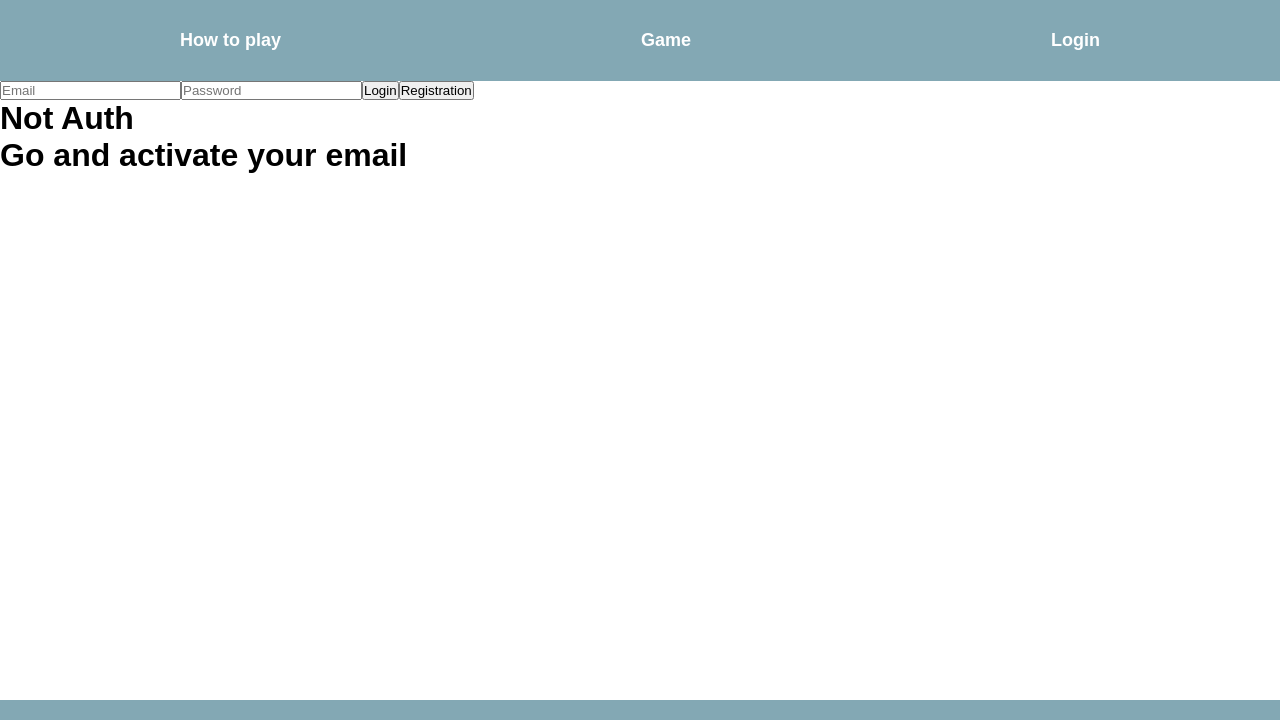
Repository: nika-otter/2048
Page: /login (app in client/)
These files come from the project's save history. The page is drawn as it stood at one moment and after the next save; the edit follows.
The browser window is 1280 px wide. The pictures show the whole page.
The project was rebuilt for these pictures with package versions that can differ from the ones it lists, and the page was loaded fresh each time. Also part of the build but not shown: client/src/pages/account/index.jsx, client/src/components/GamePage/GamePage.module.scss, client/src/components/ScoreTable/ScoreTable.module.scss, client/src/components/ScoreTable/ScoreTable.jsx, client/src/components/Game/Tile.jsx, client/src/components/Game/Cell.jsx, client/src/helper/index.js, client/src/hooks/useEvent.jsx and 9 more.

Above is the page before, as saved 2023-04-30 17:33:34.

### client/src/index.js
import React from "react";
import ReactDOM from "react-dom/client";
import "./index.css";
import App from "./App";
import { BrowserRouter } from "react-router-dom";
import Store from "./store/store";

const store = new Store();

export const Context = React.createContext({
  store,
});

const root = ReactDOM.createRoot(document.getElementById("root"));
root.render(
  <Context.Provider value={{ store }}>
    <BrowserRouter>
      <App />
    </BrowserRouter>
  </Context.Provider>
);

### client/src/index.css
* {
  box-sizing: border-box;
  margin: 0;
  padding: 0;
}
#root {
  width: 100vw;
  height: 100%;
}

body {
  /* background-color: #ffffff;
  display: flex;
  justify-content: center;
  align-items: center;*/
  /* height: 100vh; */
  height: 100%;
}
html {
  height: 100%;
}
code {
  font-family: source-code-pro, Menlo, Monaco, Consolas, "Courier New",
    monospace;
}

### client/src/App.js
import { useContext, useEffect, useState } from "react";
import "./App.css";
import LoginForm from "./components/Login/LoginForm";
import AppRouter from "./router/AppRouter";
import { Context } from "./index";
import { observer } from "mobx-react-lite";
import UserService from "./services/UserService";
function App() {
  // const { store } = useContext(Context);
  // const [users, setUsers] = useState([]);
  // useEffect(() => {
  //   if (localStorage.getItem("token")) {
  //     // console.log(localStorage.getItem("token"));
  //     store.checkAuth();
  //   }
  // }, []);

  // if (store.isLoading) {
  //   return <div>Loading...</div>;
  // }
  // async function getUsers() {
  //   try {
  //     const response = await UserService.fetchUsers();
  //     setUsers(response.data);
  //     console.log(response);
  //     setUsers(response.data);
  //   } catch {}
  // }
  return (
    <div className="App">
      <AppRouter />
      {/* <h1>{store.isAuth ? `User: ${store.user.email}` : "Not Auth"}</h1>
      <h1>
        {" "}
        {store.user.isActivated ? `Activated` : "Go and activate your email"}
      </h1>
      <button onClick={() => store.logout()}>Logout</button>
      <button onClick={getUsers}>Get users</button>
      {users.map((user) => (
        <div key={user.email}>{user.email}</div>
      ))}      */}
      {/* <LoginForm /> */}
    </div>
  );
}

export default observer(App);

### client/src/store/store.js
import { makeAutoObservable } from "mobx";
import AuthService from "../services/AuthService";
import axios from "axios";
import { API_URL } from "../http";
import UserService from "../services/UserService";

export default class Store {
  user = {};
  isAuth = false;
  isLoading = false;
  scores = {};
  constructor() {
    makeAutoObservable(this);
  }
  setAuth(bool) {
    this.isAuth = bool;
  }
  setUser(user) {
    this.user = user;
  }

  setLoading(bool) {
    this.isLoading = bool;
  }

  setScores(scores) {
    this.scores = scores;
  }

  async login(email, password) {
    console.log("login");
    try {
      const response = await AuthService.login(email, password);
      console.log(response);
      localStorage.setItem("token", response.data.accessToken);
      this.setAuth(true);
      this.setUser(response.data.user);
      console.log(response.data.user);
    } catch (e) {
      console.log(e.response?.data?.message);
    }
  }

  async registration(email, password) {
    try {
      const response = await AuthService.registration(email, password);
      console.log(response);
      localStorage.setItem("token", response.data.accessToken);
      this.setAuth(true);
      this.setUser(response.data.user);
    } catch (e) {
      console.log(e.response?.data?.message);
    }
  }

  async logout() {
    try {
      const response = await AuthService.logout();
      console.log(response);
      localStorage.removeItem("token", response.data.accessToken);
      this.setAuth(false);
      this.setUser({});
    } catch (e) {
      console.log(e.response?.data?.message);
    }
  }

  async checkAuth() {
    console.log("checkAuth");
    this.setLoading(true);
    try {
      const response = await axios.get(`${API_URL}/refresh`, {
        withCredentials: true,
      });
      console.log(response, "response checkAuth");
      console.log(
        response.data.accessToken,
        "response.data.accessToken checkAuth"
      );
      localStorage.setItem("token", response.data.accessToken);

      this.setAuth(true);
      this.setUser(response.data.user);
    } catch (e) {
      console.log(e.response?.data?.message);
    } finally {
      this.setLoading(false);
    }
  }

  async saveScore(email, score) {
    try {
      const response = await UserService.updateScore(email, score);
      //   this.scores = response.data.user.scores;
      console.log(response.data.user.scores);
    } catch (e) {
      console.log(e.response?.data?.message);
    }
  }
  async getScores(email) {
    this.setLoading(true);
    try {
      const response = await UserService.getScores(email);
      console.log(response, "response getScores store");
      this.setScores(response.data.user.scores);
      //   console.log(response.data.user.scores);
    } catch (e) {
      console.log(e.response?.data?.message);
    } finally {
      // this.setLoading(false);
    }
  }
}

### client/src/App.css
.App {
  /* position: relative; */
  display: flex;
  flex-direction: column;
  height: 100%;
  /* background-color: rgb(188, 121, 39); */
}
/* main {
  flex: 1 0 auto;
} */

### client/src/components/Login/LoginForm.js
import React, { useContext, useState } from "react";
import { Context } from "../../index";
import { observer } from "mobx-react-lite";

const LoginForm = () => {
  const [email, setEmail] = useState("");
  const [password, setPassword] = useState("");
  const { store } = useContext(Context);

  return (
    <div>
      <input
        onChange={(e) => setEmail(e.target.value)}
        value={email}
        type="text"
        placeholder="Email"
      />
      <input
        onChange={(e) => setPassword(e.target.value)}
        value={password}
        type="password"
        placeholder="Password"
      />
      <button onClick={() => store.login(email, password)}>Login</button>
      <button onClick={() => store.registration(email, password)}>
        Registration
      </button>
    </div>
  );
};
export default observer(LoginForm);

### client/src/router/AppRouter.jsx
import { Routes, Route } from "react-router-dom";
import Account from "../pages/Account";
import Game from "../pages/Game";
import Instruction from "../pages/Instruction";
import Login from "../pages/Login";

const AppRouter = () => {
  return (
    <Routes>
      {/* <Route path="/game" element={<Game />} /> */}
      {/* <Route path="/account" element={<Account />} /> */}
      <Route path="/how-to-play" element={<Instruction />} />
      <Route path="/" element={<Game />} />
      <Route path="/login" element={<Login />} />
    </Routes>
  );
};

export default AppRouter;

### client/src/services/UserService.js
import $api from "../http";
export default class UserService {
  static fetchUsers() {
    return $api.get("/users");
  }

  static updateScore(email, score) {
    return $api.post(`/score`, { email, score });
  }

  static async getScores(email) {
    return $api.post(`/scores`, { email });
  }
}

### client/src/services/AuthService.js
import $api from "../http";
export default class AuthService {
  static async login(email, password) {
    return $api.post("/login", { email, password });
  }
  static async registration(email, password) {
    return $api.post("/registration", { email, password });
  }
  static async logout() {
    return $api.post("/logout");
  }
}

### client/src/http/index.js
import axios from "axios";

export const API_URL = "http://localhost:5000/api";

const $api = axios.create({
  withCredentials: true,
  baseURL: API_URL,
});

$api.interceptors.request.use((config) => {
  config.headers.Authorization = `Bearer ${localStorage.getItem("token")}`;
  return config;
});

$api.interceptors.response.use(
  (config) => {
    return config;
  },
  async (error) => {
    const originalRequest = error.config;
    if (
      error.response.status === 401 &&
      error.config &&
      !error.config._isRetry
    ) {
      originalRequest._isRetry = true;
      try {
        const response = await axios.get(`${API_URL}/refresh`, {
          withCredentials: true,
        });
        console.log(response, "response http");
        localStorage.setItem("token", response.data.accessToken);
        return $api.request(originalRequest);
      } catch (e) {
        console.log(e);
        console.log("НЕ АВТОРИЗОВАН");
      }
    }
    throw error;
  }
);
export default $api;

### client/src/pages/Login/index.jsx
import { useContext, useEffect, useState } from "react";
import Header from "../../components/Header/Header";
import LoginForm from "../../components/Login/LoginForm";
import { Context } from "../..";
import UserService from "../../services/UserService";
import { observer } from "mobx-react-lite";
import Footer from "../../components/Footer/Footer";
import LoginPage from "../../components/LoginPage/LoginPage";

function Login() {
  // const { store } = useContext(Context);
  // const [users, setUsers] = useState([]);
  // const [scores, setScores] = useState([]);
  // // console.log(store.user.scores, "store.user from login index.jsx");

  // useEffect(() => {
  //   if (localStorage.getItem("token")) {
  //     console.log(localStorage.getItem("token"), "token from login index.jsx");
  //     store.checkAuth();
  //   }
  // }, []);

  // if (store.isLoading) {
  //   return <div>Loading...</div>;
  // }
  // async function getUsers() {
  //   try {
  //     const response = await UserService.fetchUsers();
  //     // setUsers(response.data);
  //     console.log(response);
  //     setUsers(response.data);
  //   } catch (e) {
  //     console.log(e, "Error");
  //   }
  // }

  // async function getScores(email) {
  //   console.log(email, "email from getScores");
  //   try {
  //     const response = await UserService.getScores(email);
  //     // setUsers(response.data);
  //     console.log(response, "response from getScores");
  //     // console.log(response.data.data.user.scores, "response.data.user.scores");
  //     setScores(response.data.scores);
  //   } catch (e) {
  //     console.log(e, "Error");
  //   }
  // }
  return (
    <>
      <LoginPage />
    </>
  );
}

export default observer(Login);

### client/src/components/Footer/Footer.jsx
import classes from "./Footer.module.scss";

function Footer() {
  return <footer className={classes.footer}></footer>;
}

export default Footer;

### client/src/components/Header/Header.jsx
import { Link } from "react-router-dom";
import classes from "./Header.module.scss";

function Header() {
  return (
    <header className={classes.header}>
      <Link className={classes.link} to="/how-to-play">
        How to play
      </Link>
      <Link className={classes.link} to="/">
        Game
      </Link>
      <Link className={classes.link} to="/login">
        Login
      </Link>
    </header>
  );
}

export default Header;

### client/src/components/LoginPage/LoginPage.jsx
import classes from "./LoginPage.module.scss";
import LoginForm from "../Login/LoginForm";
import { useContext, useEffect, useState } from "react";
import { Context } from "../..";
import Header from "../Header/Header";
import Footer from "../Footer/Footer";
import { observer } from "mobx-react-lite";
import LoginInfo from "../Login/LoginInfo";

function LoginPage() {
  //   const { store } = useContext(Context);
  //   //  const [users, setUsers] = useState([]);
  //   //  const [scores, setScores] = useState([]);
  //   // console.log(store.user.scores, "store.user from login index.jsx");

  //   useEffect(() => {
  //     if (localStorage.getItem("token")) {
  //       console.log(localStorage.getItem("token"), "token from login index.jsx");
  //       store.checkAuth();
  //     }
  //   }, []);

  //   if (store.isLoading) {
  //     return <div>Loading...</div>;
  //   }
  return (
    <>
      <Header />
      <main className={classes.main}>
        <LoginForm />
        <LoginInfo />
      </main>
      <Footer />
    </>
  );
}

export default observer(LoginPage);

### client/src/components/Footer/Footer.module.scss
.footer {
  flex: 0 0 auto;
  height: 20px;
  background-color: rgb(131, 168, 180);
  width: 100%;
}

### client/src/components/Header/Header.module.scss
.header {
  display: flex;
  justify-content: space-around;
  background-color: #83a8b4;
  width: 100%;
}
.link {
  color: white;
  text-decoration: none;
  font-size: large;
  margin-top: 20px;
  margin-bottom: 20px;
  padding: 10px;
  font-weight: bold;
  border-radius: 5px;
  &:hover {
    color: rgb(106, 134, 144);
    background-color: rgb(255, 255, 255);
  }
}

### client/src/components/LoginPage/LoginPage.module.scss
.main {
  flex: 1 0 auto;
}

### client/src/components/Login/LoginInfo.jsx
// import classes from "./LoginPage.module.scss";
import LoginForm from "../Login/LoginForm";
import { useContext, useEffect, useState } from "react";
import { Context } from "../..";
import Header from "../Header/Header";
import Footer from "../Footer/Footer";
import { observer } from "mobx-react-lite";

function LoginInfo() {
  const { store } = useContext(Context);

  useEffect(() => {
    if (localStorage.getItem("token")) {
      console.log(localStorage.getItem("token"), "token from login index.jsx");
      store.checkAuth();
    }
  }, []);

  if (store.isLoading) {
    return <div>Loading...</div>;
  }
  return (
    <>
      {/* {store.isAuth ? <> </> : <LoginForm />} */}

      <h1>{store.isAuth ? `User: ${store.user.email}` : "Not Auth"}</h1>
      <h1>
        {" "}
        {store.user.isActivated ? `Activated` : "Go and activate your email"}
      </h1>
      {store.isAuth ? (
        <button onClick={() => store.logout()}>Logout</button>
      ) : (
        <> </>
      )}
    </>
  );
}

export default observer(LoginInfo);

### client/src/components/Game/Board.scss
// @font-face {
//   font-family: "Clear Sans";
//   src: url("../src/clear-sans.ttf") format("truetype");
// }

body {
  display: flex;
  //   background: rgb(2,0,36);
  // background: linear-gradient(90deg, rgba(2,0,36,1) 0%, rgba(87,64,124,1) 47%, rgba(0,212,255,1) 100%);
  //   color: white;
  // flex-direction: column;
  // justify-content: center;
  // align-content: center;
  // align-items: center;
  font-family: "Clear Sans", sans-serif;
  // font-size: 21px;
}

.text {
  // order: 2;
  // padding-top: 40px;
  // width: 440px;
  // font-weight: bold;
}
// main {
//   min-height: 90vh;
// }

// .wrapper {
//   display: flex;
//   flex-direction: column;
//   height: 100%;
// }
// .content {
//   flex: 1 0 auto;
// }
// .footer {
//   flex: 0 0 auto;
// }

.board {
  // order: 1;
  // display: inline-block;

  display: block;
  // justify-content: center;
  margin-left: auto;
  margin-right: auto;
  width: 440px;
  height: 440px;
  // padding: 5px; //вернути треба
  background-color: rgb(131, 168, 180);
  border-radius: 3px;
  // outline: none;
  position: relative;
}

// .board .cell,
// .tile {
//   // user-select: none;
//   // cursor: default;
// }

.details-box {
  display: flex;
  align-items: center;
  padding: 10px;
  justify-content: space-between;
}

.resetButton {
  background-color: rgb(131, 168, 180);
  color: rgb(255, 255, 255);
  cursor: pointer;
  font-size: 25px;
  // padding: 10px 20px;
  border-radius: 3px;
  transition: color 0.3s ease, background-color 0.3s ease;
  &:hover {
    background-color: rgb(131, 168, 180);
    color: rgba(255, 255, 255, 1);
  }
}

.score-header {
  font-size: 1rem;
}

.score-box {
  background-color: rgb(131, 168, 180) 6;
  color: rgb(129, 2, 2);
  // min-width: 50px;
  // width: 70px;
  // padding: 5px 15px;
  border-radius: 3px;
}

.cell,
.tile {
  // display: inline-block;
  width: 100px;
  height: 100px;
  margin: 5px;
  // line-height: 90px;
  display: inline-block;
  font-size: 55px;
  font-weight: bold;
  text-align: center;
  vertical-align: middle;
  border-radius: 3px;
  font-family: "Clear Sans";
  color: rgb(8, 4, 4);
  background-color: rgb(224, 236, 240);
}

.tile0 {
  background-color: rgb(238, 247, 249);
}

.tile2 {
  background-color: rgb(224, 240, 245);
  // background-image: url(./assets/img/2.gif);
}

.tile4 {
  background-color: rgb(199, 221, 228);
  // background-image: url(./assets/img/4.gif);
}

.tile8 {
  background-color: rgb(187, 212, 220);
  // background-image: url(./assets/img/8.gif);
}

.tile16 {
  background-color: rgb(171, 195, 203);
  // background-image: url(./assets/img/16.gif);
}

.tile32 {
  background-color: rgb(140, 165, 174);
  // background-image: url(./assets/img/32.gif);
}

.tile64 {
  background-color: rgb(116, 144, 153);
  // background-image: url(./assets/img/64.gif);
}

.tile128 {
  background-color: rgb(98, 125, 134);
  // background-image: url(./assets/img/128.gif);
}

.tile256 {
  background-color: rgb(71, 91, 98);
  // background-image: url(./assets/img/256.gif);
  font-size: 45px;
}

.tile512 {
  background-color: rgb(45, 68, 75);
  // background-image: url(./assets/img/512.gif);
  font-size: 45px;
}

.tile1024 {
  background-color: rgb(40, 68, 78);
  // background-image: url(./assets/img/1024.gif);
  font-size: 35px;
}

.tile2048 {
  position: absolute;
  background-size: contain;
  left: 0;
  right: 0;
  top: 0;
  bottom: 0;
  padding: 0px;
  background-color: rgb(12, 42, 52);
  // background-image: url(./assets/img/2048.gif);
  font-size: 35px;
}

.try-again {
  z-index: 10;
  height: 100px;
  width: 100px;
  // background-image: url(./assets/img/try-again.gif);
}

.tile {
  position: absolute;
}

.tile.merged {
  display: none;
}

// .tile.merged.isMoving {
//   display: inline;
// }

.tile.new {
  animation-duration: 0.3s;
  animation-name: newTile;
  animation-fill-mode: forwards;
  // animation-delay: 0.15s;
  transform: scale(0);
}
// .tile.random {
//   animation-duration: 3s;
//   animation-name: newTile;
//   animation-fill-mode: forwards;
//   // animation-delay: 0.15s;
//   transform: scale(0);
// }

@keyframes newTile {
  from {
    transform: scale(0);
  }
  to {
    transform: scale(1);
  }
}

// .overlay {
//   position: absolute;
//   top: 0px;
//   bottom: 0px;
//   display: flex;
//   flex-direction: column;
//   align-items: center;
//   justify-content: center;
//   text-align: center;
//   left: 0px;
//   right: 0px;
//   font-size: 55px;
//   font-weight: bolder;
//   border-radius: 7px;
// }

// .tryAgain {
//   background-color: #876;
//   color: #fff;
//   height: 40px;
//   width: 200px;
//   font-size: 20px;
//   font-weight: bold;
//   cursor: pointer;
//   border: none;
//   border-radius: 5px;
//   border: 2px solid white;
// }

// .gameOver {
//   background-size: contain;
//   background-image: url(./assets/img/game-over.gif);
//   position: absolute;
//   top: 0;
//   right: 0;
//   bottom: 0;
//   left: 0;
//   z-index: 100;
//   text-align: center;
// }

.overlay .message {
  color: #666;
}

@for $row from 0 through 3 {
  @for $column from 0 through 3 {
    .position_#{$row}_#{$column}:not(.isMoving) {
      top: 110px * $row;
      left: 110px * $column;
    }
  }
}

@for $fromRow from 0 through 3 {
  @for $toRow from 0 through 3 {
    $name: row_from_#{$fromRow}_to_#{$toRow};

    @if $fromRow == $toRow {
      .#{$name} {
        top: 110px * $toRow;
      }
    } @else {
      .#{$name} {
        animation-duration: 0.2s;
        animation-name: $name;
        animation-fill-mode: forwards;
      }

      @keyframes #{$name} {
        from {
          top: 110px * $fromRow;
        }
        to {
          top: 110px * $toRow;
        }
      }
    }
  }
}

@for $fromColumn from 0 through 3 {
  @for $toColumn from 0 through 3 {
    $name: column_from_#{$fromColumn}_to_#{$toColumn};

    @if $fromColumn == $toColumn {
      .#{$name} {
        left: 110px * $toColumn;
      }
    } @else {
      .#{$name} {
        animation-duration: 0.2s;
        animation-name: $name;
        animation-fill-mode: forwards;
      }

      @keyframes #{$name} {
        from {
          left: 110px * $fromColumn;
        }
        to {
          left: 110px * $toColumn;
        }
      }
    }
  }
}

Loaded but not shown: client/public/index.html (common file)

After the next save:
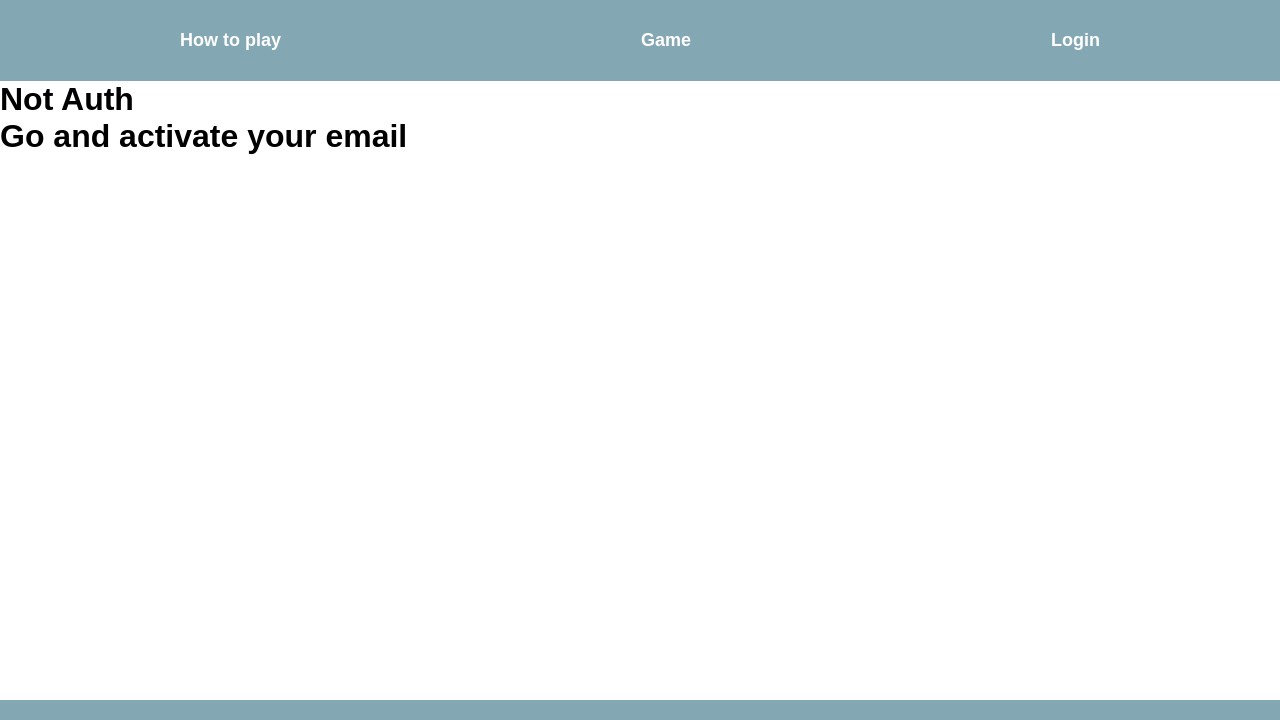
Saved 17 s later.
--- a/client/src/components/LoginPage/LoginPage.jsx
+++ b/client/src/components/LoginPage/LoginPage.jsx
@@ -27,7 +27,7 @@ function LoginPage() {
     <>
       <Header />
       <main className={classes.main}>
-        <LoginForm />
+        {/* <LoginForm /> */}
         <LoginInfo />
       </main>
       <Footer />

After the save that followed:
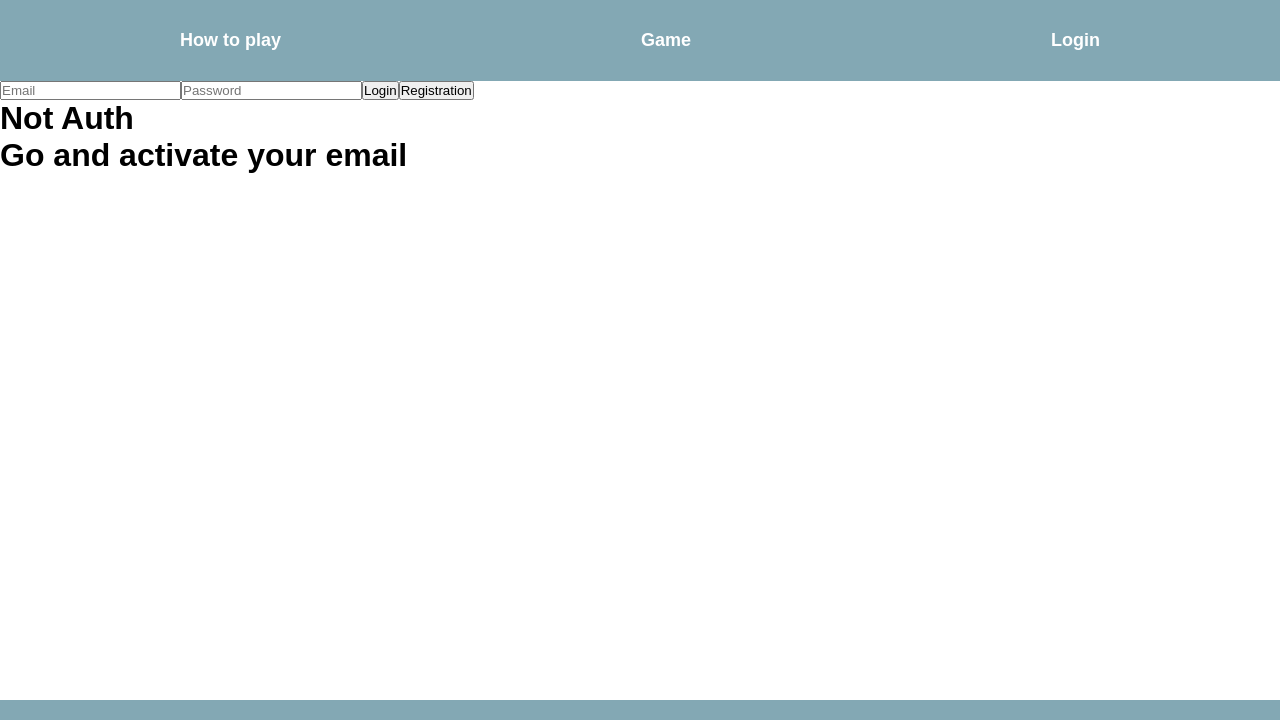
Saved 3 s later.
--- a/client/src/components/Login/LoginInfo.jsx
+++ b/client/src/components/Login/LoginInfo.jsx
@@ -21,7 +21,7 @@ function LoginInfo() {
   }
   return (
     <>
-      {/* {store.isAuth ? <> </> : <LoginForm />} */}
+      {store.isAuth ? <> </> : <LoginForm />}
 
       <h1>{store.isAuth ? `User: ${store.user.email}` : "Not Auth"}</h1>
       <h1>
